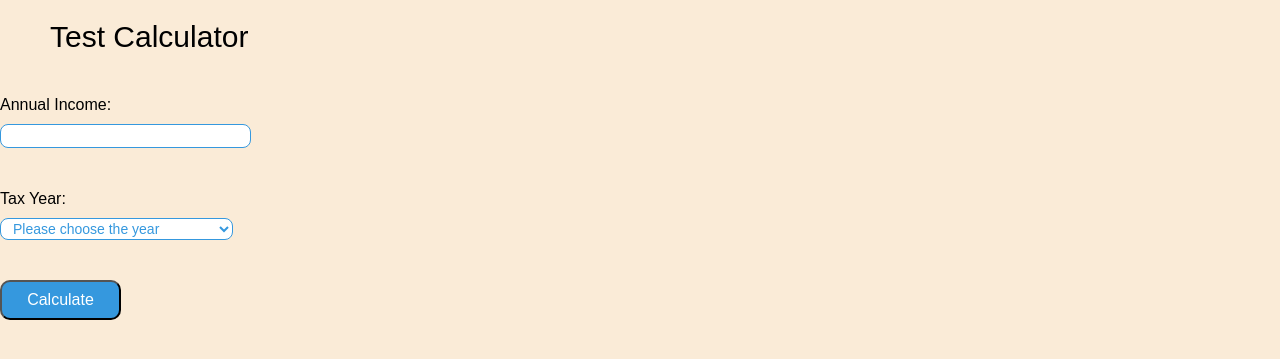
Repository: jbpadilha/taxcalculator
Page: /
An editor plug-in stored every save of this project. The page is shown before and after the next save, followed by the edit.
The browser window is 1280 px wide. The pictures show the whole page.
The project was rebuilt for these pictures with package versions that can differ from the ones it lists, and the page was loaded fresh each time.

Above is the page before, as saved 2023-06-17 21:27:34.

After the next save:
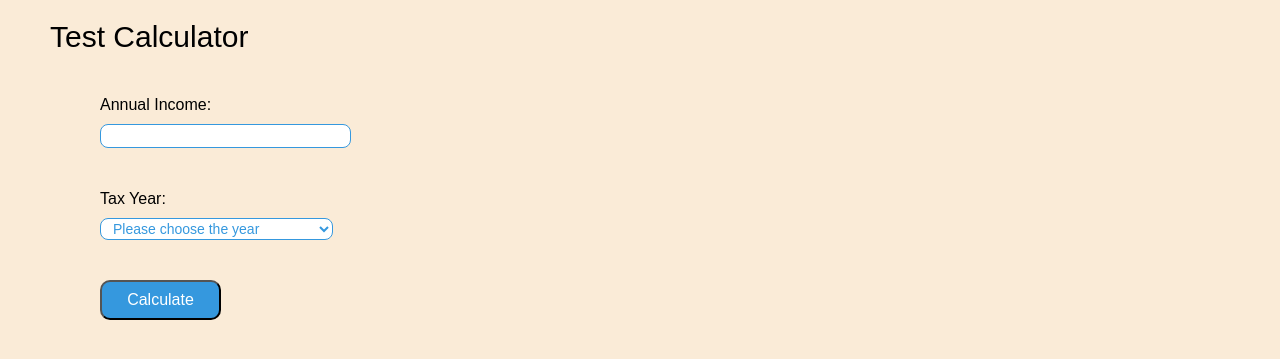
Saved 8 s later.
--- a/src/components/Main.tsx
+++ b/src/components/Main.tsx
@@ -5,9 +5,9 @@ const styles = {
     content: {
         marginTop: 20,
         minHeight: 200,
+        paddingLeft: 50,
     },
     title: {
-        paddingLeft: 50,
         marginTop: 20,
         fontFamily: 'Arial',
         fontSize: 30,
